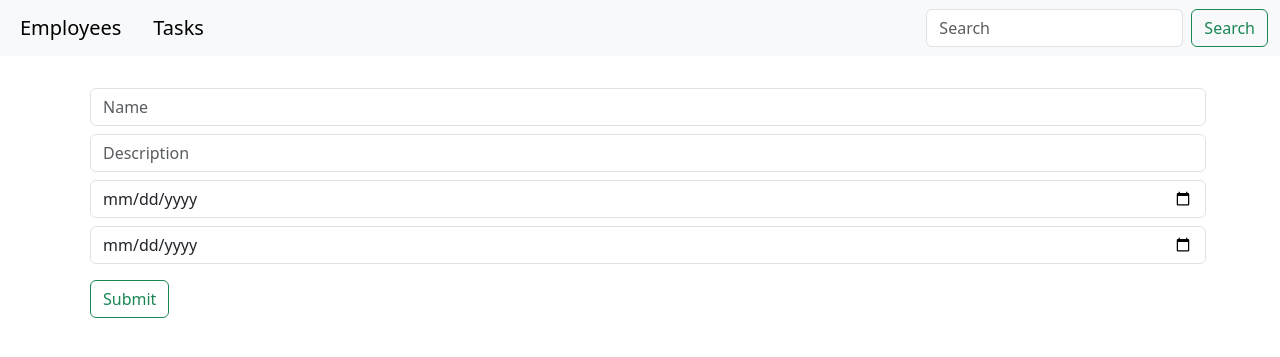
Repository: RaffiBarseghyan/employees
Page: /tasks
The author's editor kept a copy of each file at every save. The page is drawn from the files as they stood at one save, then again after a run of saves.
The browser window is 1280 px wide. The pictures show the whole page.
The project was rebuilt for these pictures with package versions that can differ from the ones it lists, and the page was loaded fresh each time. Some packages were replaced by stand-ins written for this rebuild. Also part of the build but not shown: src/App.css, src/Pages/Employees/employees.module.scss, src/Pages/UpDel/upDel.module.scss, src/Pages/UpDel/delete.jsx, src/Pages/Employees/employees.jsx, src/Pages/Tasks/tasks.module.scss, src/Pages/UpDel/update.jsx.

Above is the page before, as saved 2023-06-15 21:33:29.

After the next 2 saves:
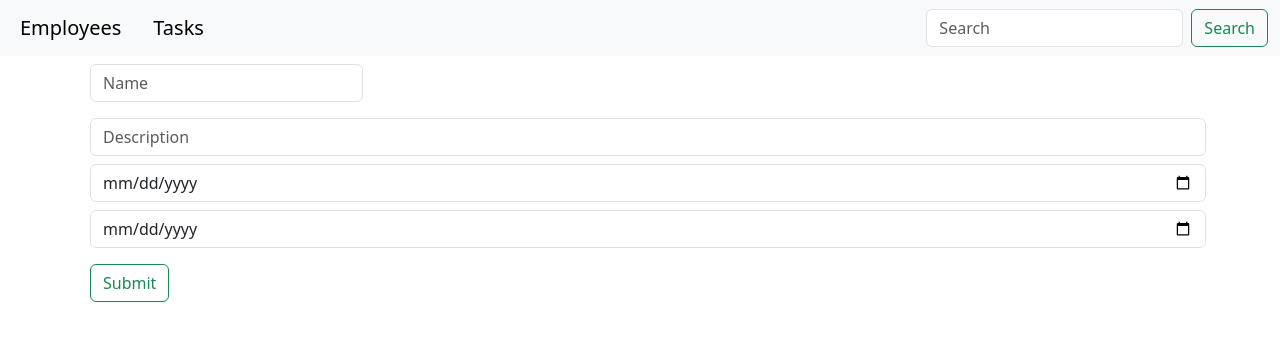
The 2 saves are shown as one change because they came seconds apart.
The last was saved 11 s later.
--- a/src/Pages/Tasks/tasks.jsx
+++ b/src/Pages/Tasks/tasks.jsx
@@ -1,6 +1,4 @@
-import style from "./tasks.module.scss"
-
-
+import style from "./tasks.module.scss";
 
 function Tasks() {
   return (
@@ -13,14 +11,15 @@ function Tasks() {
       >
         <label htmlFor="name">
 
+          <input
+            className="form-control m-2"
+            type="text"
+            id="name"
+            name="name"
+            placeholder="Name"
+          />
         </label>
-        <input
-          className="form-control m-2"
-          type="text"
-          id="name"
-          name="name"
-          placeholder="Name"
-        />
+
         <input
           className="form-control m-2"
           type="text"
